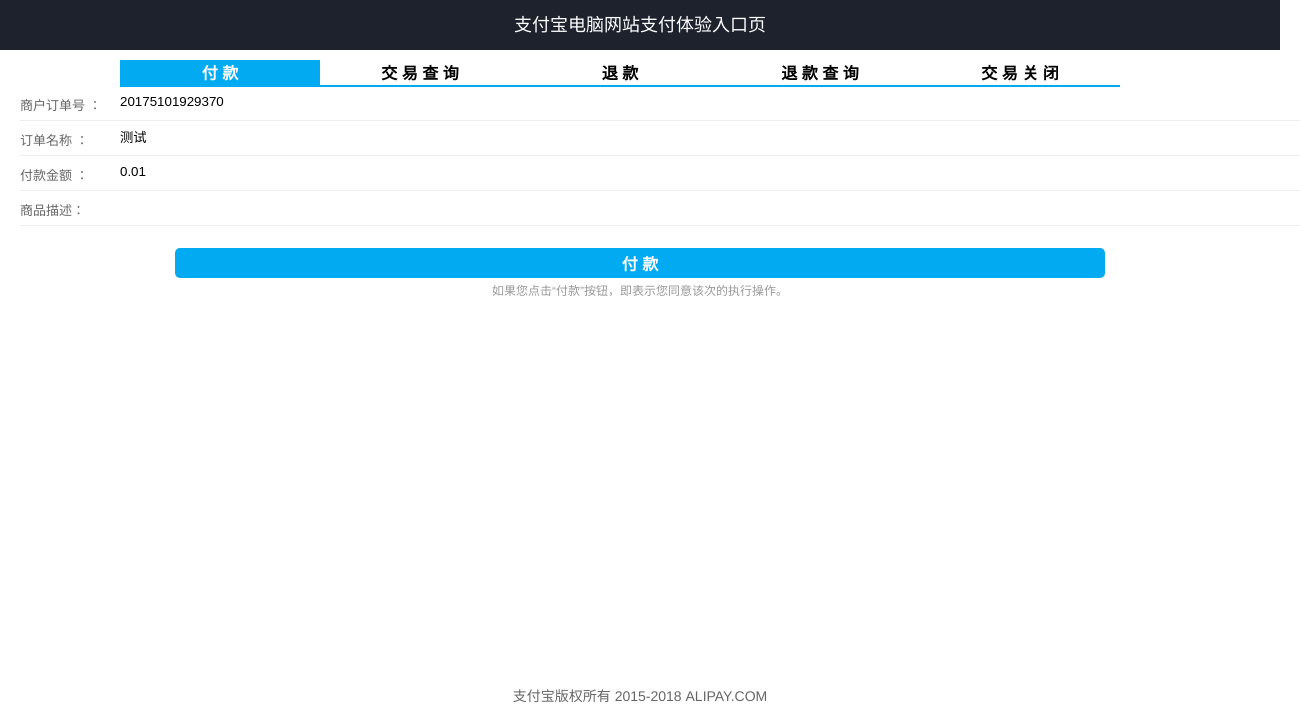
Repository: AnnGreen1/delivery
Page: http://localhost/
The author's editor kept a copy of each file at every save. The page is drawn from the files as they stood at one save, then again after the next save.
The browser window is 1280 px wide. The page is 1300 px wide, so the pictures cover 1300 px, including what lies to the right of the window. The pictures show the whole page.
The page is run by PHP 8.4 with error messages shown; the project is at /var/www/html/.

Above is the page before, as saved 2022-05-19 11:27:16.

After the next save:
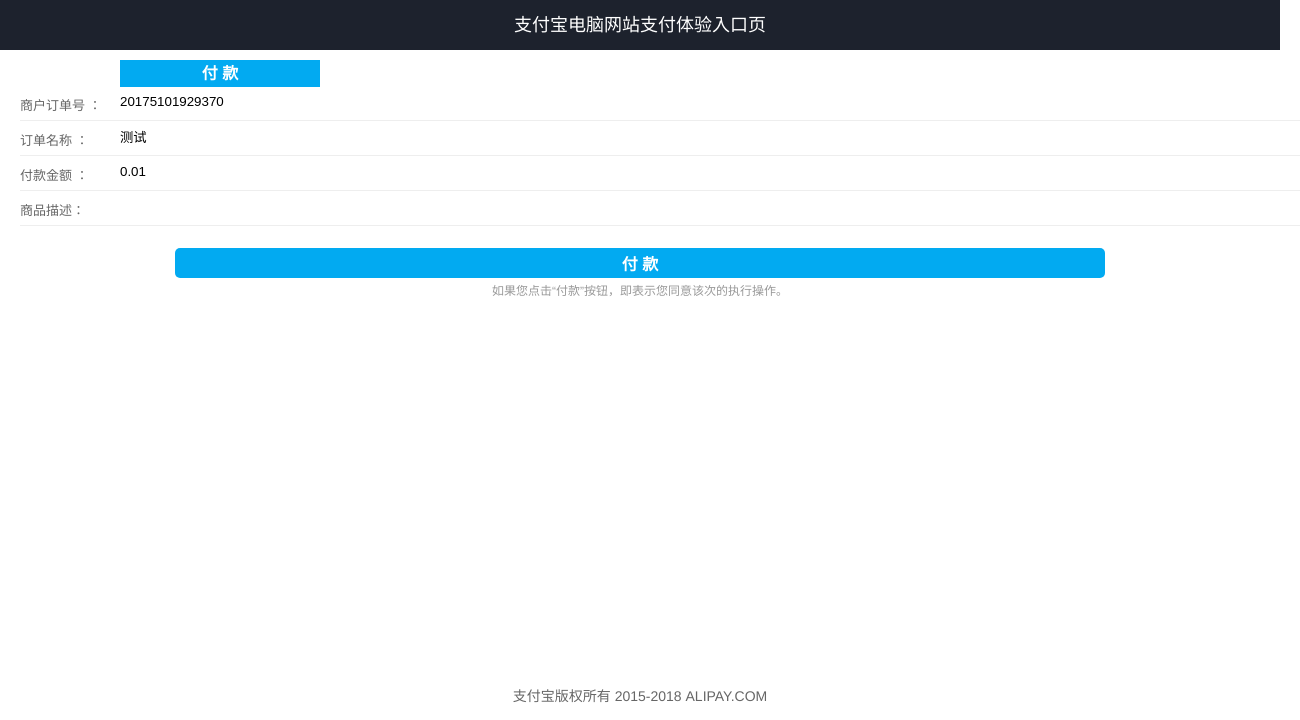
Saved 8 min 21 s later.
--- a/deliveryServer/alipay.trade.page.pay-PHP-UTF-8/index.php
+++ b/deliveryServer/alipay.trade.page.pay-PHP-UTF-8/index.php
@@ -177,10 +177,10 @@
 <div id="main">
     <div id="tabhead" class="tab-head">
         <h2 id="tab1" class="selected" name="tab">付 款</h2>
-        <h2 id="tab2" name="tab">交 易 查 询</h2>
+        <!-- <h2 id="tab2" name="tab">交 易 查 询</h2>
         <h2 id="tab3" name="tab">退 款</h2>
         <h2 id="tab4" name="tab">退 款 查 询</h2>
-        <h2 id="tab5" name="tab">交 易 关 闭</h2>
+        <h2 id="tab5" name="tab">交 易 关 闭</h2> -->
     </div>
         <form name=alipayment action=pagepay/pagepay.php method=post target="_blank">
             <div id="body1" class="show" name="divcontent">

After the save that followed:
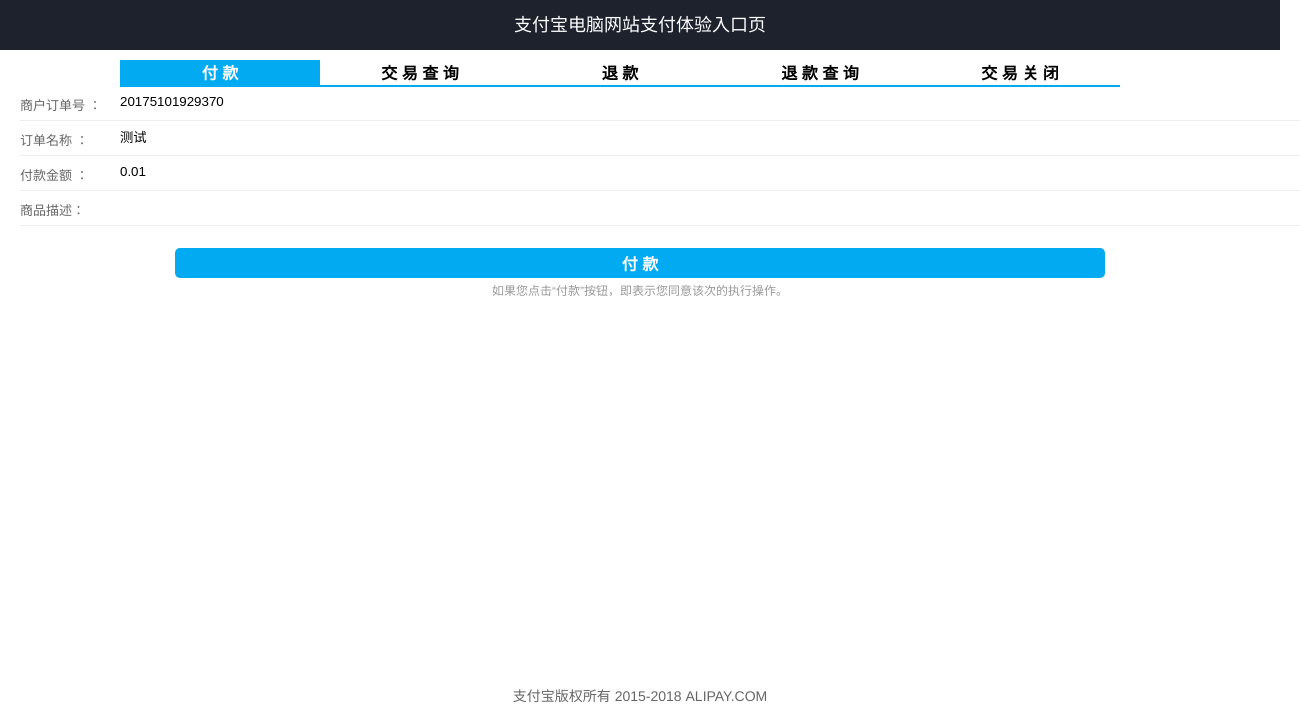
Saved 10 s later.
--- a/deliveryServer/alipay.trade.page.pay-PHP-UTF-8/index.php
+++ b/deliveryServer/alipay.trade.page.pay-PHP-UTF-8/index.php
@@ -177,10 +177,10 @@
 <div id="main">
     <div id="tabhead" class="tab-head">
         <h2 id="tab1" class="selected" name="tab">付 款</h2>
-        <!-- <h2 id="tab2" name="tab">交 易 查 询</h2>
+        <h2 id="tab2" name="tab">交 易 查 询</h2>
         <h2 id="tab3" name="tab">退 款</h2>
         <h2 id="tab4" name="tab">退 款 查 询</h2>
-        <h2 id="tab5" name="tab">交 易 关 闭</h2> -->
+        <h2 id="tab5" name="tab">交 易 关 闭</h2>
     </div>
         <form name=alipayment action=pagepay/pagepay.php method=post target="_blank">
             <div id="body1" class="show" name="divcontent">
